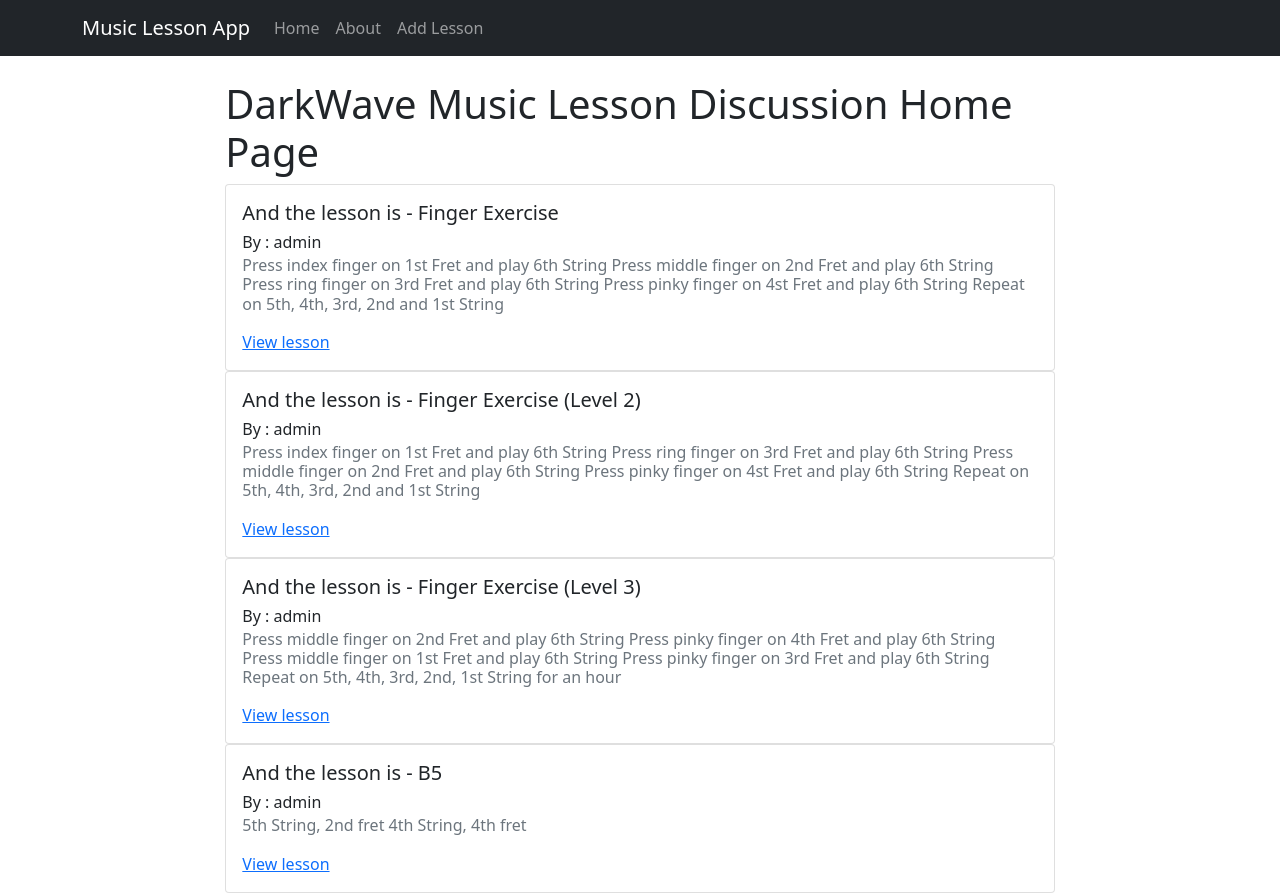
Repository: lordjdsama/NewDevopps
Page: http://localhost/
The author's editor kept a record of every edit. The page is drawn from the files as they stood at one moment, then again after the next edit.
The browser window is 1280 px wide. The pictures show the whole page.
The page is served by the project's application, run on Django 2.2 (manage.py). Other server files are loaded and not shown. The page reads the database file committed with the project.

Above is the page before.

### lessons/templates/lessons/home.html
{% extends 'lessons/base.html' %}

{% block content %}
<div class="home">
<h1>DarkWave Music Lesson Discussion Home Page</h1>
</div>

{% for lesson in lessons %}
<div class="card" id="card">
<div class="card-body">
<h5 class="card-title" id="title">And the lesson is - {{ lesson.title }}</h5>
<h6 class="card-title" id="by">By : {{ lesson.author }} </h6>
<h6 class="card-subtitle mb-2 text-muted">{{ lesson.description }}</h6>
<p class="card-text">
    {{ lesson.chord }}
</p>
<a href="{% url 'lessons-detail' lesson.pk  %}" class="card-link">View lesson</a>
</div>
</div>
{% endfor %} {% endblock content %}

### lessons/templates/lessons/base.html
<!DOCTYPE html>
<html lang="en">
<head>
    <meta charset="UTF-8">
    <meta name="viewport" content="width=device-width, initial-scale=1.0">
    <meta http-equiv="X-UA-Compatible" content="ie=edge">





    {% if title  %}
    <title>{{title}}</title>
    {% else %}
    <title>Lessons App</title>
    {% endif %}

     <link href="https://cdn.jsdelivr.net/npm/bootstrap@5.0.2/dist/css/bootstrap.min.css"
     rel="stylesheet"
     integrity="sha384-EVSTQN3/azprG1Anm3QDgpJLIm9Nao0Yz1ztcQTwFspd3yD65VohhpuuCOmLASjC"
     crossorigin="anonymous">

<body>

  <nav class="navbar navbar-expand-lg navbar-dark bg-dark">
  <div class="container">
    <a class="navbar-brand" href="{% url 'lessons-home' %}">Music Lesson App</a>
    <button
    class="navbar-toggler"
    type="button"
    data-bs-toggle="collapse"
    data-bs-target="#navbarNavAltMarkup"
    aria-controls="navbarNavAltMarkup"
    aria-expanded="false"
    aria-label="Toggle navigation">
      <span class="navbar-toggler-icon"></span>
    </button>
    <div class="collapse navbar-collapse" id="navbarNavAltMarkup">
      <div class="navbar-nav">
        <a class="nav-link" aria-current="page" href="{% url 'lessons-home' %}">Home</a>
        <a class="nav-link" href="{% url 'lessons-about' %}">About</a>
        <a class="nav-link" href="{% url 'lessons-create' %}">Add Lesson</a>
      </div>
    </div>
    <div class="navbar-nav">
      {% if user.is_authenticated %}
        <a class="nav-item nav-link"  href="{% url 'users-logout' %}">Logout</a>
        <a class="nav-item nav-link"  href="{% url 'users-profile' %}">My Profile</a>
      {% else }
        <!--<a class="nav-item nav-link"  href="{% url 'users-login' %}">Login</a>-->
        <!--<a class="nav-item nav-link"  href="{% url 'users-register' %}">Register</a>-->

      {% endif %}
    </div>
  </div>
</nav>
    <div class="container mt-4 col-8">
      {% if messages %} {% for message in messages %}
      <div class="alert alert-{{ message.tags }}">{{ message }}</div>
      {% endfor %} {% endif %} {% block content %} {% endblock %}
    </div>


    <script
    src="https://cdn.jsdelivr.net/npm/@popperjs/core@2.9.2/dist/umd/popper.min.js"
    integrity="sha384-IQsoLXl5PILFhosVNubq5LC7Qb9DXgDA9i+tQ8Zj3iwWAwPtgFTxbJ8NT4GN1R8p"
    crossorigin="anonymous">

    </script>
    <script
    src="https://cdn.jsdelivr.net/npm/bootstrap@5.0.2/dist/js/bootstrap.min.js"
    integrity="sha384-cVKIPhGWiC2Al4u+LWgxfKTRIcfu0JTxR+EQDz/bgldoEyl4H0zUF0QKbrJ0EcQF"
    crossorigin="anonymous">

    </script>








</body>
</html>

### lessons/models.py
"""Model representing a lesson."""
from django.db import models
from django.contrib.auth.models import User
from django.urls import reverse

class Lesson(models.Model):
    """
    Model representing a lesson.
    """
    title = models.CharField(max_length=100)
    description = models.TextField()
    author = models.ForeignKey(User, on_delete=models.CASCADE)
    created_at = models.DateTimeField(auto_now_add=True)
    updated_at = models.DateTimeField(auto_now_add=True)
    def get_absolute_url(self):
        """
        Return the absolute URL to access a detail record for this lesson.
        """
        return reverse("lessons-detail", kwargs={"pk": self.pk})
    def __str__(self):
        return str(self.title)

### lessons/views.py
"""
Module containing views for the lessons app.
"""
from django.shortcuts import render
from django.urls import reverse_lazy
from django.views.generic import ListView, DetailView, CreateView, UpdateView, DeleteView
from django.contrib.auth.mixins import LoginRequiredMixin, UserPassesTestMixin

from . import models

class LessonListView(ListView):
    """
    Module containing views for the lessons app.
    """
    model = models.Lesson
    template_name = 'lessons/home.html'
    context_object_name = 'lessons'

# Create your views here.
def home(request):
    """
    Module containing views for the lessons app.
    """
    lessons = models.Lesson.objects.all()# pylint: disable=no-member
    context = {
        'lessons': lessons
    }
    return render(request, 'lessons/home.html', context)

def about(request):
    """
    Module containing views for the lessons app.
    """
    return render(request, 'lessons/about.html', {'title': 'about page'})


class LessonDetailView(DetailView):
    """
    Module containing views for the lessons app.
    """
    model = models.Lesson

class LessonDeleteView(LoginRequiredMixin, UserPassesTestMixin, DeleteView): # pylint: disable=too-many-ancestors
    """
    Module containing views for the lessons app.
    """
    model = models.Lesson
    success_url = reverse_lazy('lessons-home')

    def test_func(self):
        lesson = self.get_object()
        return self.request.user == lesson.author

class LessonCreateView(CreateView): # pylint: disable=too-many-ancestors
    """
    View for creating a new lesson.
    """
    model = models.Lesson
    fields = ['title', 'description']

    def form_valid(self, form):
        form.instance.author = self.request.user
        return super().form_valid(form)


class LessonUpdateView(LoginRequiredMixin, UserPassesTestMixin, UpdateView): # pylint: disable=too-many-ancestors
    """
    Module containing views for the lessons app.
    """
    model = models.Lesson
    fields = ['title', 'description']

    def test_func(self):
        lesson = self.get_object()
        return self.request.user == lesson.author

    def form_valid(self, form):
        form.instance.author = self.request.user
        return super().form_valid(form)

### config/urls.py
"""
config URL Configuration
"""

from django.contrib import admin
from django.contrib.auth import views as auth_views
from django.urls import include, path
from users import views as user_view

urlpatterns = [
    path('admin/', admin.site.urls),
    path('', include('lessons.urls')),
    path('register/', user_view.register, name="users-register"),
    path('login/',
         auth_views.LoginView.as_view(template_name='users/login.html'),
         name="users-login"),
    path('logout/',
         auth_views.LogoutView.as_view(template_name='users/logout.html'),
         name="users-logout"),
    path('profile/', user_view.profile, name="users-profile")
]

### lessons/urls.py
"""
Module containing URL patterns for the lessons app.
"""

from django.urls import path
from . import views

urlpatterns = [
    path('', views.LessonListView.as_view(), name="lessons-home"),
    path('lesson/<int:pk>/', views.LessonDetailView.as_view(), name="lessons-detail"),
    path('lesson/create/', views.LessonCreateView.as_view(), name="lessons-create"),
    path('lesson/<int:pk>/update/', views.LessonUpdateView.as_view(), name="lessons-update"),
    path('lesson/<int:pk>/delete/', views.LessonDeleteView.as_view(), name="lessons-delete"),
    path('about/', views.about, name="lessons-about"),
]

### db.sqlite3 (the tables this page reads, as SQL)
CREATE TABLE "auth_user" ("id" integer NOT NULL PRIMARY KEY AUTOINCREMENT, "password" varchar(128) NOT NULL, "last_login" datetime NULL, "is_superuser" bool NOT NULL, "username" varchar(150) NOT NULL UNIQUE, "first_name" varchar(30) NOT NULL, "email" varchar(254) NOT NULL, "is_staff" bool NOT NULL, "is_active" bool NOT NULL, "date_joined" datetime NOT NULL, "last_name" varchar(150) NOT NULL);
INSERT INTO "auth_user" VALUES
(1, 'pbkdf2_sha256$120000$p6CQ1lzXenzJ$lUz35NRU/F6yEFwdQzf5okPAhz5RMUwszZYAaepjafM=', '2024-04-07 08:41:10.791590', 1, 'admin', '', '', 1, 1, '2024-03-31 09:10:39.192553', ''),
(14, 'pbkdf2_sha256$120000$1sQ5L44MkgtS$n2qF+Ny4BiIkyg/nAzpf4uj3uZv3ihh0+dSCshvFdBI=', '2024-04-07 11:20:44.626046', 0, 'jay', '', 'jaydeshmukh007@gmail.com', 0, 1, '2024-04-01 16:52:41.763200', ''),
(15, 'pbkdf2_sha256$120000$bdQAQX6EctUt$IOzJXFV6XSo7vBjJBElQfjBapCYyjSue3dD4bxn3h0c=', '2024-04-03 12:54:05.402510', 0, 'new', '', 'new@gma.am', 0, 1, '2024-04-03 12:53:57.322462', ''),
(16, 'pbkdf2_sha256$120000$v3Q7mT64g9xi$Zahkt8icKDSjJomp4lGiGC0PVttkoaSNxxD7VARlbW4=', '2024-04-08 10:21:38.763960', 0, 'manasvi', '', 'manasvi@gmail.com', 0, 1, '2024-04-08 10:21:27.783930', '');

CREATE TABLE "lessons_lesson" ("id" integer NOT NULL PRIMARY KEY AUTOINCREMENT, "title" varchar(100) NOT NULL, "description" text NOT NULL, "created_at" datetime NOT NULL, "updated_at" datetime NOT NULL, "author_id" integer NOT NULL REFERENCES "auth_user" ("id") DEFERRABLE INITIALLY DEFERRED);
INSERT INTO "lessons_lesson" VALUES
(1, 'Finger Exercise', 'Press index finger on 1st Fret and play  6th String
Press middle finger on 2nd Fret and play  6th String
Press ring finger on 3rd Fret and play  6th String
Press pinky finger on 4st Fret and play  6th String

Repeat on 5th, 4th, 3rd, 2nd and 1st String', '2024-03-31 09:34:21.666998', '2024-03-31 09:34:21.667025', 1),
(2, 'Finger Exercise (Level 2)', 'Press index finger on 1st Fret and play  6th String
Press ring finger on 3rd Fret and play  6th String
Press middle finger on 2nd Fret and play  6th String
Press pinky finger on 4st Fret and play  6th String

Repeat on 5th, 4th, 3rd, 2nd and 1st String', '2024-03-31 09:35:51.017766', '2024-03-31 09:35:51.017793', 1),
(3, 'Finger Exercise (Level 3)', 'Press middle finger on 2nd Fret and play  6th String
Press pinky finger on 4th Fret and play  6th String
Press middle finger on 1st Fret and play  6th String
Press pinky finger on 3rd Fret and play  6th String

Repeat on 5th, 4th, 3rd, 2nd, 1st String for an hour', '2024-03-31 09:38:45.470954', '2024-03-31 09:38:45.470982', 1),
(6, 'B5', '5th String, 2nd fret
4th String, 4th fret', '2024-04-02 15:27:41.065512', '2024-04-02 15:27:41.065539', 1);

After the next edit:
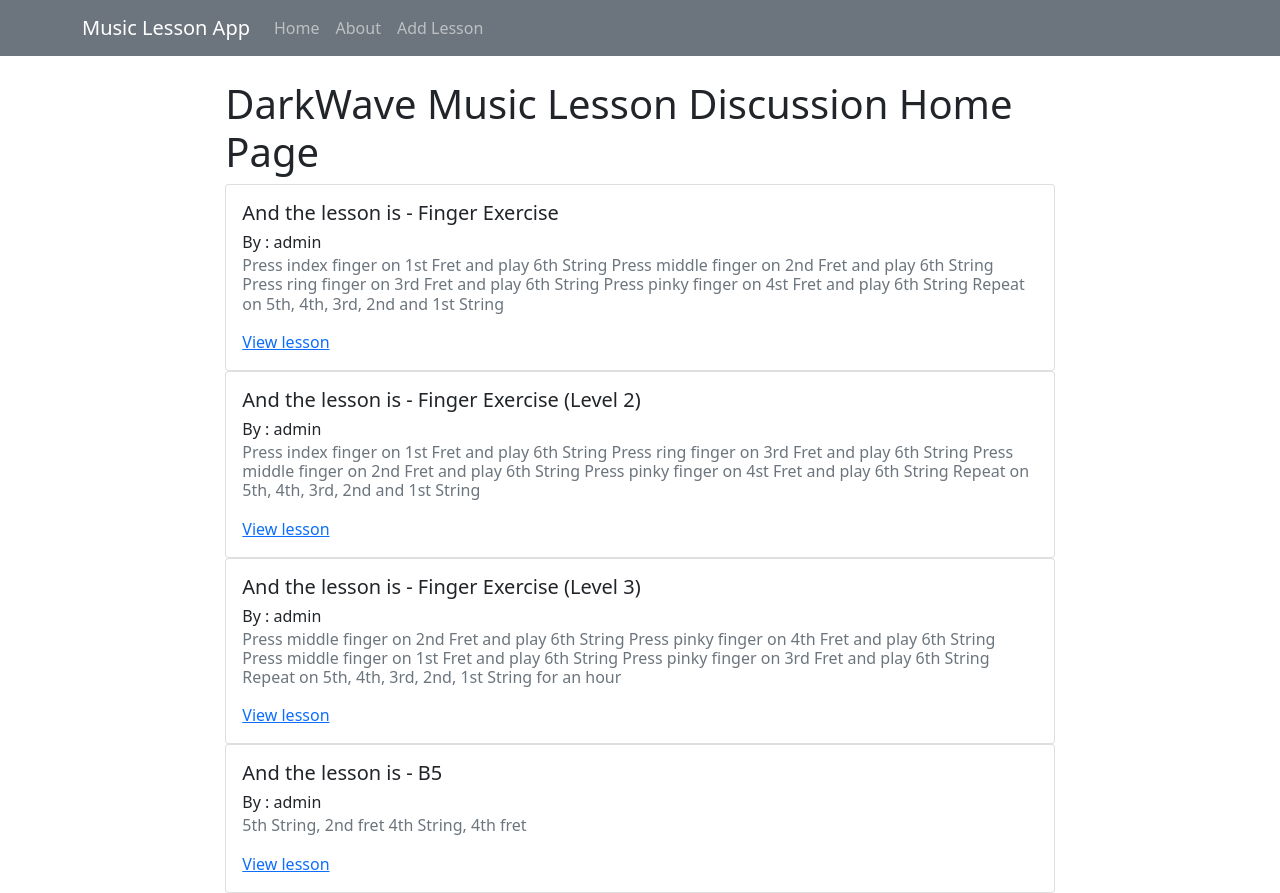
The edit:
--- a/lessons/templates/lessons/base.html
+++ b/lessons/templates/lessons/base.html
@@ -22,7 +22,7 @@
 
 <body>
 
-  <nav class="navbar navbar-expand-lg navbar-dark bg-dark">
+  <nav class="navbar navbar-expand-lg navbar-dark bg-secondary">
   <div class="container">
     <a class="navbar-brand" href="{% url 'lessons-home' %}">Music Lesson App</a>
     <button
